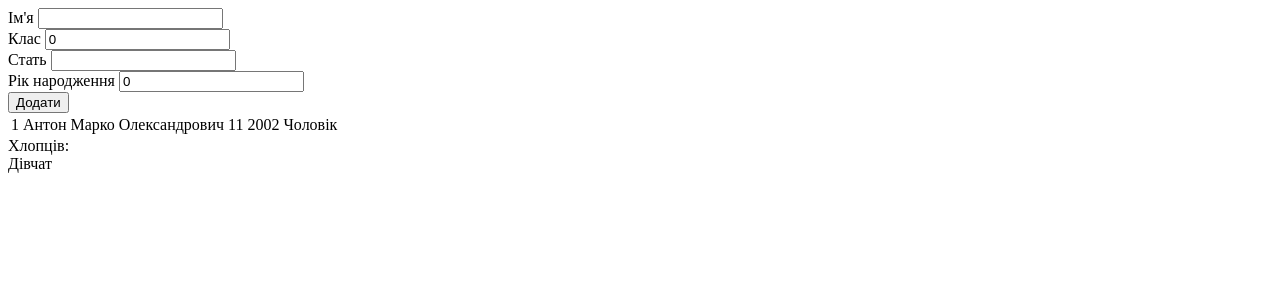
Repository: KYUUBI-K/HTML
Page: За 2 курс/test Vuejs/AddStudent.html
An editor plug-in stored every save of this project. The page is shown before and after the next save, followed by the edit.
The browser window is 1280 px wide. The pictures show the whole page.

Above is the page before, as saved 2021-09-09 09:41:25.

After the next save:
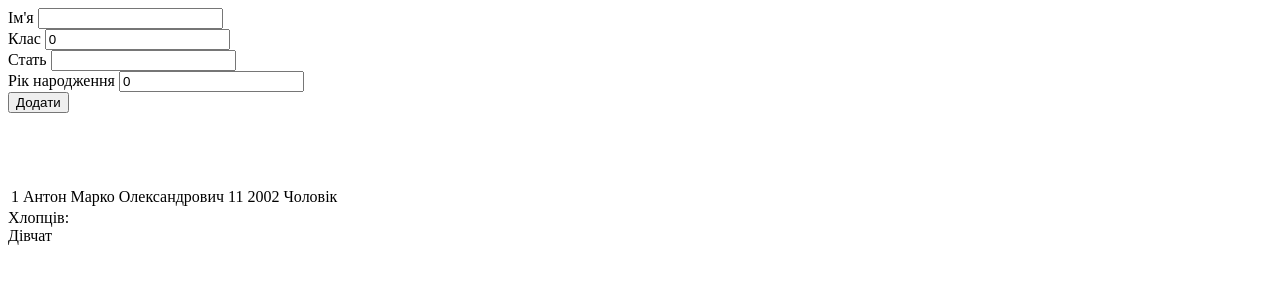
Saved 47 s later.
--- a/За 2 курс/test Vuejs/AddStudent.html
+++ b/За 2 курс/test Vuejs/AddStudent.html
@@ -31,10 +31,10 @@
         <div>
             <table>
                 <tr v-for="(student,index) in studentList" :key="student.id">
-                  <td>{{index+1}}</td>
-                  <td>{{student.name}}</td>
-                  <td>{{student.clas}}</td>
-                  <td>{{student.burnDate}}</td>
+                  <td>{{index+1}}</td><br>
+                  <td>{{student.name}}</td><br>
+                  <td>{{student.clas}}</td><br>
+                  <td>{{student.burnDate}}</td><br>
                   <td>{{student.sex}}</td>
                 </tr>
             </table>

After the save that followed:
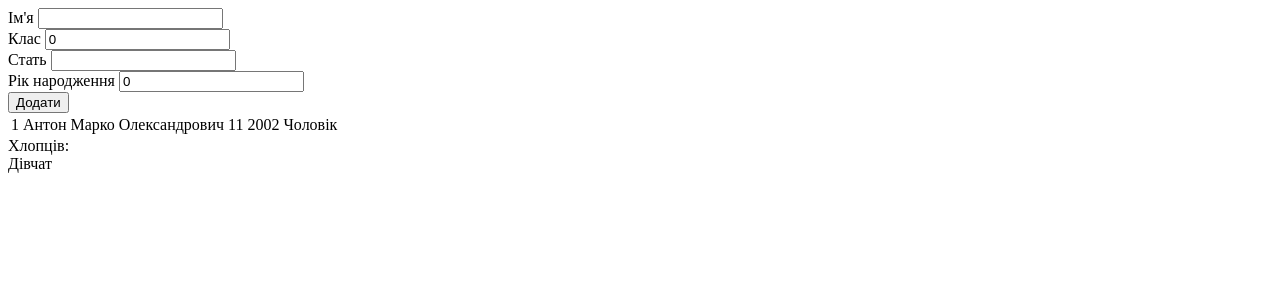
Saved 7 s later.
--- a/За 2 курс/test Vuejs/AddStudent.html
+++ b/За 2 курс/test Vuejs/AddStudent.html
@@ -31,10 +31,10 @@
         <div>
             <table>
                 <tr v-for="(student,index) in studentList" :key="student.id">
-                  <td>{{index+1}}</td><br>
-                  <td>{{student.name}}</td><br>
-                  <td>{{student.clas}}</td><br>
-                  <td>{{student.burnDate}}</td><br>
+                  <td>{{index+1}}</td>
+                  <td>{{student.name}}</td>
+                  <td>{{student.clas}}</td>
+                  <td>{{student.burnDate}}</td>
                   <td>{{student.sex}}</td>
                 </tr>
             </table>
